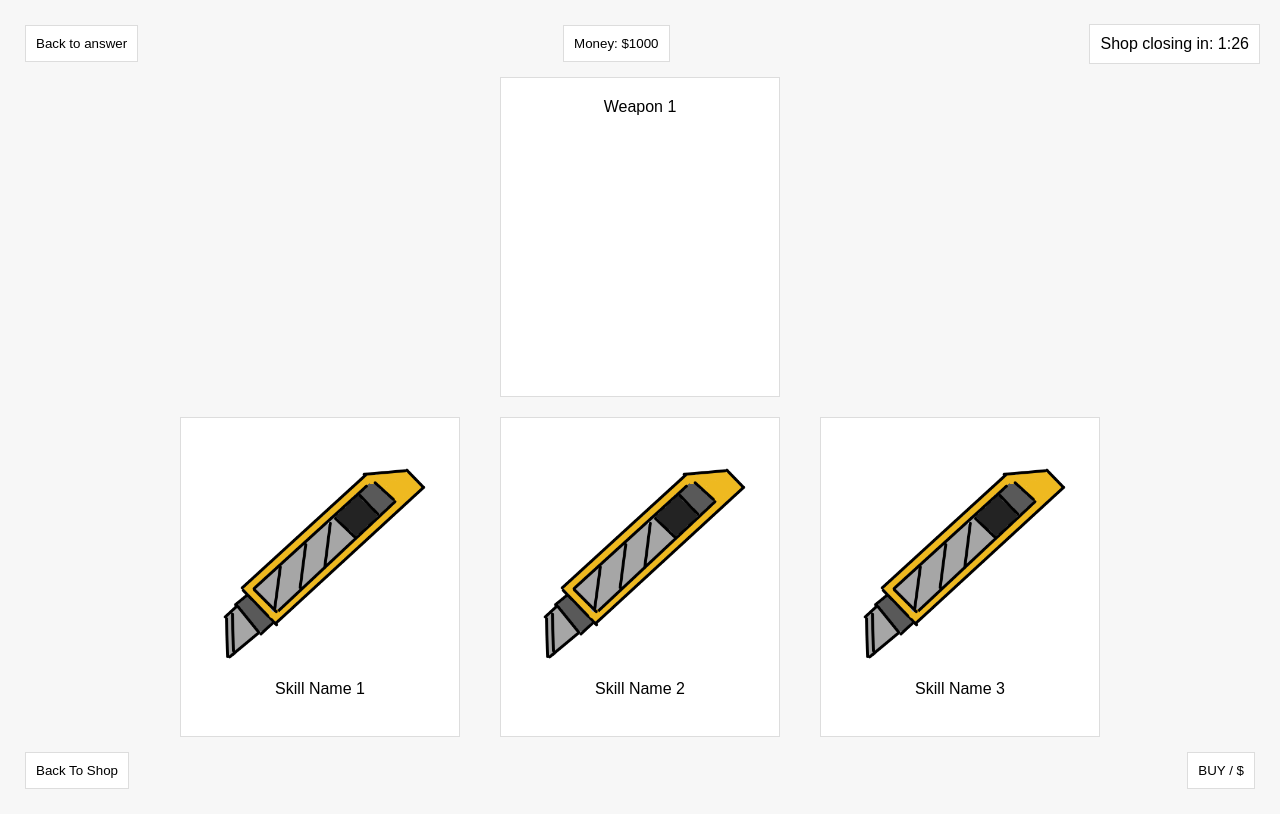
Repository: sean12-2007/Jailbreaker
Page: public/src/pages/shop_skills copy 2.html
These files come from the project's save history. The page is drawn as it stood at one moment and after the next save; the edit follows.
The browser window is 1280 px wide. The pictures show the whole page.

Above is the page before, as saved 2024-08-09 20:29:58.

After the next save:
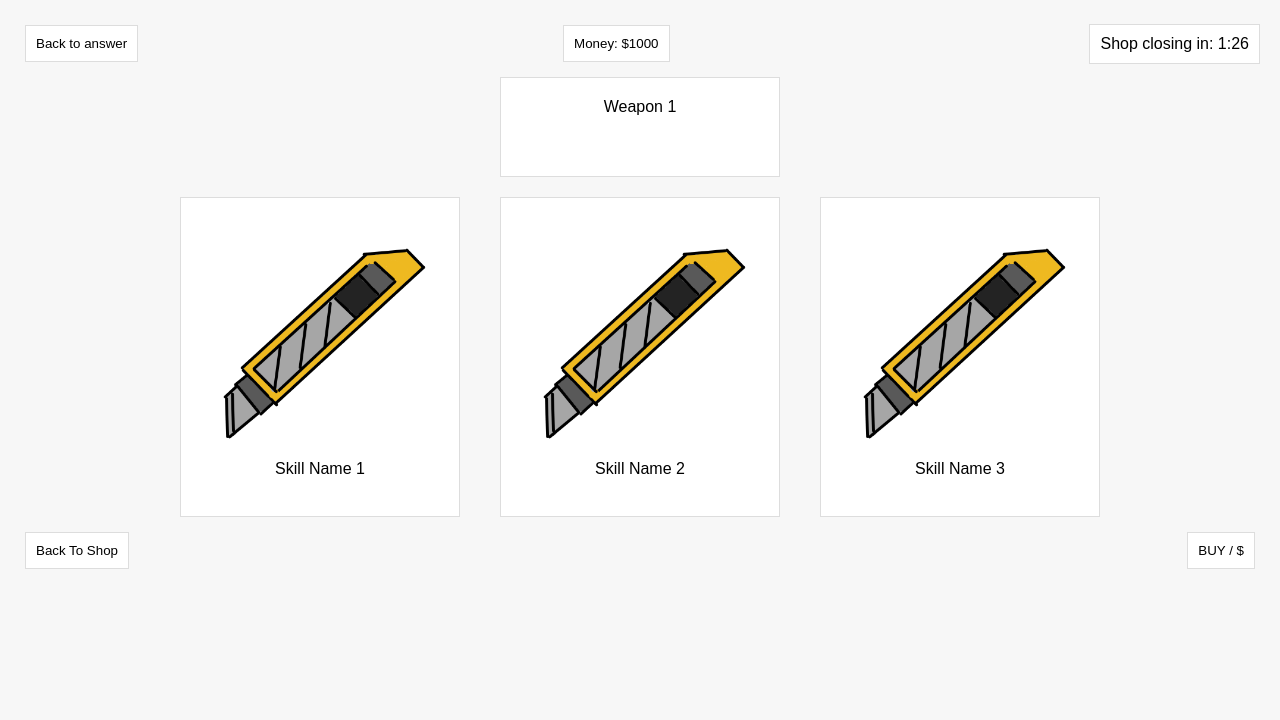
Saved 98 s later.
--- a/public/src/pages/shop_skills copy 2.html
+++ b/public/src/pages/shop_skills copy 2.html
@@ -43,6 +43,17 @@
         text-align: center;
         box-sizing: border-box; /* Include padding and border in the element's total width and height */
       }
+      .weapon2 {
+        flex: 0 0 auto;
+        width: 280px; /* Fixed width */
+        height: 100px; /* Fixed height */
+        margin: 10px;
+        background: #fff;
+        border: 1px solid #ddd;
+        padding: 20px;
+        text-align: center;
+        box-sizing: border-box; /* Include padding and border in the element's total width and height */
+      }
       .weapon img {
         width: 100%;
         height: auto;
@@ -64,7 +75,7 @@
     </div>
   </div>
   <div class="weapon-container">
-    <div class="weapon">
+    <div class="weapon2">
       <div>Weapon 1</div>
     </div>
   </div>
